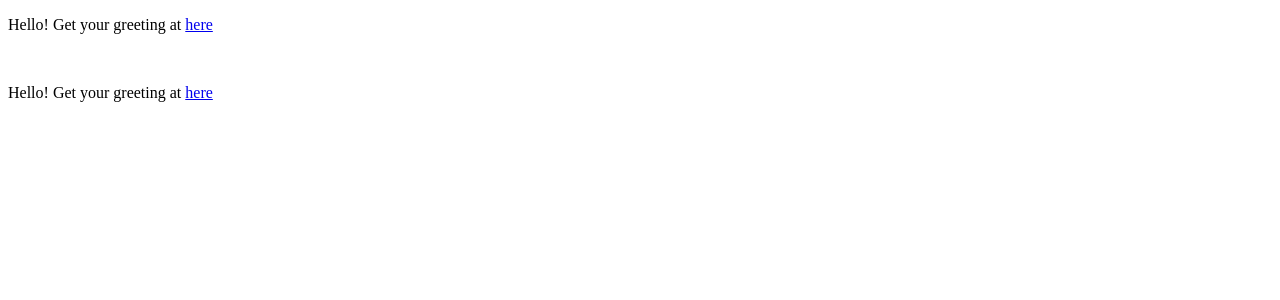
Repository: hcm4990/BankingApplicationRestAPI
Page: gs-serving-web-content-complete/src/main/resources/static/index.html
These files come from the project's save history. The page is drawn as it stood at one moment and after a run of saves; the edit follows.
The browser window is 1280 px wide. The pictures show the whole page.

Above is the page before, as saved 2020-04-06 07:08:56.

### gs-serving-web-content-complete/src/main/resources/static/index.html
<!DOCTYPE HTML>
<html>
<head>
    <title>Getting Started: Serving Web Content</title>
    <meta http-equiv="Content-Type" content="text/html; charset=UTF-8" />
</head>
<body>
    <p>Hello! Get your greeting at <a href="/greeting">here</a></p>
    <br>
    <p>Hello! Get your greeting at <a href="/greeting">here</a></p>
</body>
</html>

After the next 2 saves:
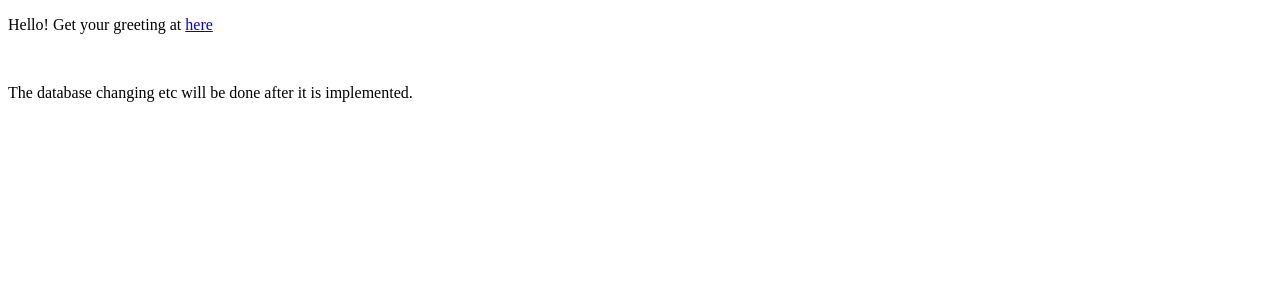
The 2 saves are shown as one change because they came seconds apart.
The last was saved 28 s later.
--- a/gs-serving-web-content-complete/src/main/resources/static/index.html
+++ b/gs-serving-web-content-complete/src/main/resources/static/index.html
@@ -7,6 +7,6 @@
 <body>
     <p>Hello! Get your greeting at <a href="/greeting">here</a></p>
     <br>
-    <p>Hello! Get your greeting at <a href="/greeting">here</a></p>
+    <p>The database changing etc will be done after it is implemented.</p>
 </body>
 </html>
